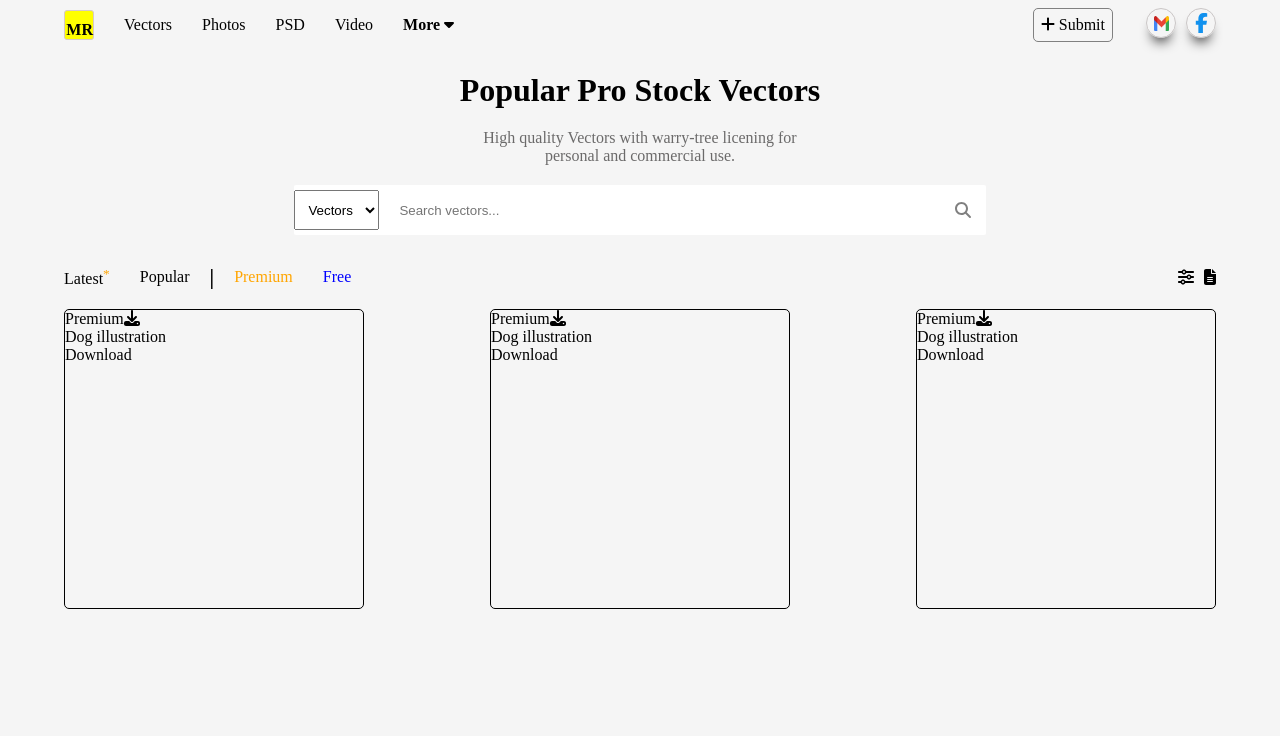
Repository: kegbaDev/VectorTemplate
Page: /
These files come from the project's save history. The page is drawn as it stood at one moment and after the next save; the edit follows.
The browser window is 1280 px wide. The pictures show the whole page.
The project was rebuilt for these pictures with package versions that can differ from the ones it lists, and the page was loaded fresh each time. Also part of the build but not shown: vite.config.js.

Above is the page before, as saved 2023-04-11 23:48:35.

### index.html
<!DOCTYPE html>
<html lang="en">
  <head>
    <meta charset="UTF-8" />
    <link rel="icon" href="/favicon.ico" />
    <meta name="viewport" content="width=device-width, initial-scale=1.0" />
    <title>Vite App</title>
  </head>
  <body style="background-color: rgb(245, 245, 245)">
    <div id="app"></div>
    <script type="module" src="/src/main.js"></script>
  </body>
</html>

### src/main.js
import { createApp } from 'vue'
import App from './App.vue'

// fontawesome importation
import '@fortawesome/fontawesome-free/css/all.css'
import '@fortawesome/fontawesome-free/js/all.js'

createApp(App).mount('#app')

### src/App.vue
<template>
<div class="wrapper">
  <div class="navbar">
    <div class="left">
      <div class="logo">MR</div>
      <ul>
        <li>Vectors</li>
        <li>Photos</li>
        <li>PSD</li>
        <li>Video</li>
        <li><span class="more" >More</span><i class="fa-solid fa-caret-down"></i></li>
      </ul>
    </div>
    <div class="right">
      <div class="submit">
        <i class="fa-solid fa-plus"></i>
        Submit
      </div>
      <div class="logo_collection">
        <div class="logo_card">
          <img src="./assets/gmail-logo-16.png" alt="google-icon" width="15px" height="15px">
        </div>
        <div class="logo_card">
          <i class="fa-brands fa-facebook-f" style="color: #1191ee; width: 25px;height: 20px;"></i>
        </div>
      </div>
    </div>
  </div>


  <!-- Second component -->


  <div class="text_section">
    <h1 class="title">Popular Pro Stock Vectors</h1>
    <p class="paragraph">
      High quality Vectors with warry-tree licening for <br>
      personal and commercial use.
    </p>
    <div class="input_card">
      <select name="" id="">
        <option value="value1">Vectors</option>
        <option value="value2">Vectors</option>
      </select>
      <input type="text" placeholder="Search vectors... ">
      <i class="fa-solid fa-magnifying-glass" style="color: grey; margin-right: 15px;"></i>
    </div>
  </div>

  <!-- Third component -->

  <div class="row">
    <div class="left-row">
      <ul>
        <li>Latest<sup style="color:orange">*</sup></li>
        <li>Popular</li>
      </ul>
      <span class="pipe">
        |
      </span>
      <ul>
        <li style="color:orange">Premium</li>
        <li style="color:blue">Free</li>
      </ul>
    </div>
    <div class="right-row">
      <i class="fa-solid fa-sliders"></i>
      <i class="fa-solid fa-file-lines"></i>
    </div>
  </div>

  <!-- Fourth component  -->

  <div class="card_content">
    <div class="main_card">
      <div class="image_and_text_space">
        Premium<i class="fa-solid fa-download"></i>
      </div>
      <p>Dog illustration</p>
      <p>Download</p>
    </div>
    <div class="main_card">
      <div class="image_and_text_space">
        Premium<i class="fa-solid fa-download"></i>
      </div>
      <p>Dog illustration</p>
      <p>Download</p>
    </div>
    <div class="main_card">
      <div class="image_and_text_space">
        Premium<i class="fa-solid fa-download"></i>
      </div>
      <p>Dog illustration</p>
      <p>Download</p>
    </div>
  </div>
</div>




</template>

<script setup>

</script>


<style scoped>
.wrapper{
  height: 100vh;
  width: 90vw;
  margin:auto;
}
*{
  padding: 0px;
  margin: 0px;
  box-sizing: border-box;
}
.left{
  display: flex;
  align-items: center;
}

ul{
  list-style: none;
  display: flex;
  gap: 30px;
  margin-left: 30px;
}
.more{
  font-weight: bolder;
  padding-right: 4px;
}
.logo{
  width: 30px;
  height: 30px;
  border: 1px solid rgb(214, 201, 201);
  background-color: yellow;
  font-weight: bolder;
  display: flex;
  justify-content: end;
  align-items: end;
  border-radius: 3px;
}
.navbar{
  display: flex;
  justify-content: space-between;
}
.right{
  display: flex;
  gap: 3px;
}
.submit{
  border: 1px solid gray;
  padding: 7px;
  margin-right: 30px;
  border-radius: 5px;
  background-color: rgba(234, 233, 233, 0.03);
}
.logo_collection{
  display: flex;
  gap: 10px;
}
.logo_card{
  width: 30px;
  height: 30px;
  border: 1px solid black;
  display: flex;
  align-items: center;
  justify-content: center;
  border-radius: 50%;
  border-color: rgb(202, 198, 198);
  -webkit-box-shadow: 0px 10px 13px -7px #000000, -2px -2px 15px 6px rgba(26,17,18,0);
  box-shadow: 0px 10px 13px -7px #000000, -2px -2px 15px 6px rgba(26,17,18,0);
}

/* Second composant */

.text_section{
  margin: 30px auto;
  text-align: center;
}
.title{
  margin-bottom: 20px;
}
.paragraph{
  margin-bottom: 20px;
  color: rgb(107, 106, 106);
}
.input_card{
  width: 60%;
  height: 50px;
  background-color: white;
  margin: auto;
  display: flex;
  align-items: center;
  border-radius: 2px;
}
input{
  width: 100%;
  padding-left: 20px;
  border: none;
}
input, select{
  height: 40px;
}
select{
  padding: 9px;
}

/* Third component */
.row{
  display: flex;
  justify-content: space-between;
  margin-bottom: 20px;
}
.left-row ul{
  margin: 0px;
  padding: 0px;
  display: flex;
  align-items: center;
}
.left-row, .right-row{
  display: flex;
  align-items: center;
}
.pipe{
  margin: 0px 20px;
}

.pipe{
  font-weight: bolder;
  font-size: 1.3em;
}
.right-row{
  gap: 10px;
}

/* Fourth component */

.card_content{
  display: flex;
  justify-content: space-between;
}
.main_card{
  min-width: 300px;
  min-height: 300px;
  border: 1px solid black;
  border-radius: 5px;
}


</style>

After the next save:
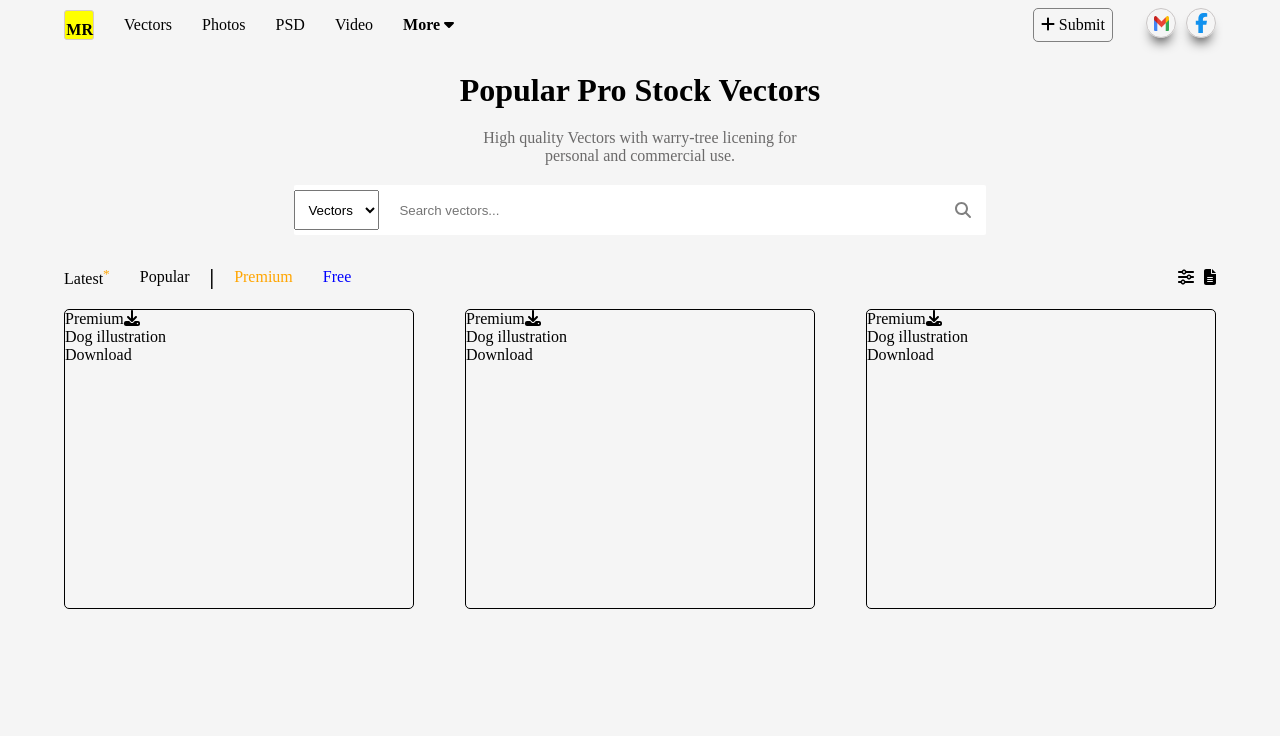
Saved 19 s later.
--- a/src/App.vue
+++ b/src/App.vue
@@ -244,7 +244,7 @@ select{
   justify-content: space-between;
 }
 .main_card{
-  min-width: 300px;
+  min-width: 350px;
   min-height: 300px;
   border: 1px solid black;
   border-radius: 5px;
